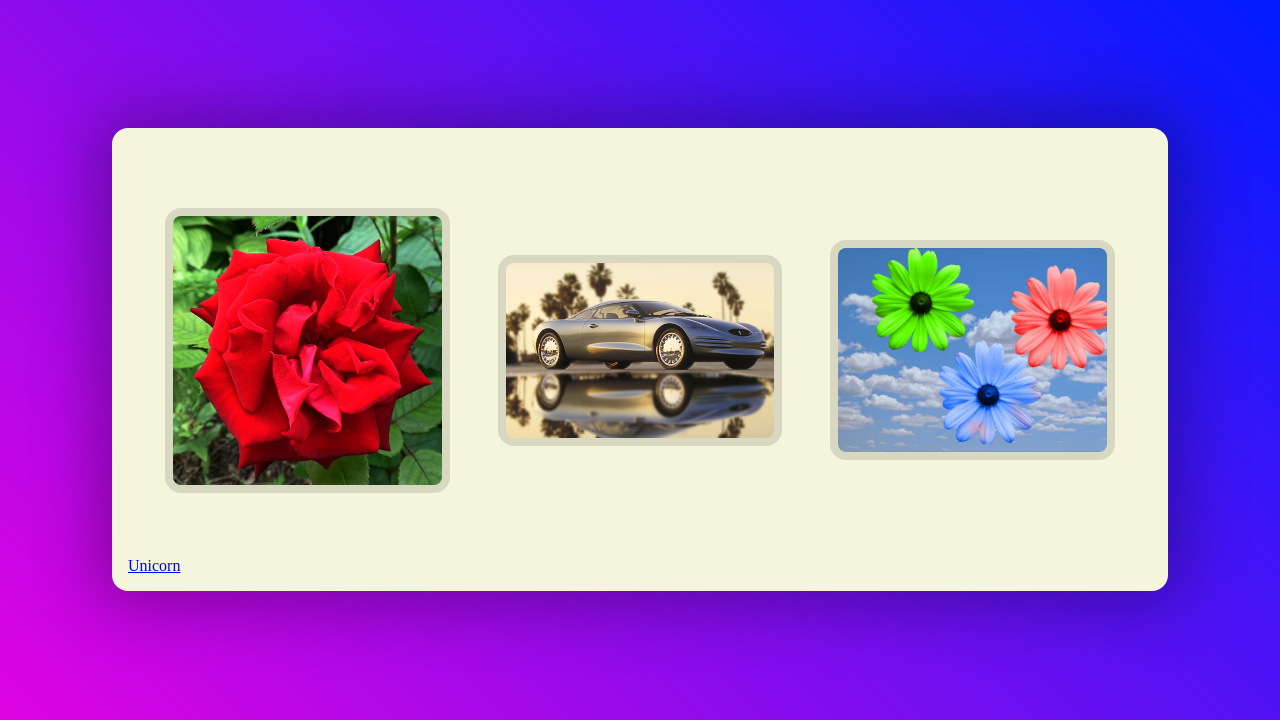
Repository: ViggoSkj/VGY
Page: ovningar/photoshopovning/photoshopovning.html
These files come from the project's save history. The page is drawn as it stood at one moment and after the next save; the edit follows.
The browser window is 1280 px wide. The pictures show the whole page.

Above is the page before, as saved 2022-11-27 12:20:39.

After the next save:
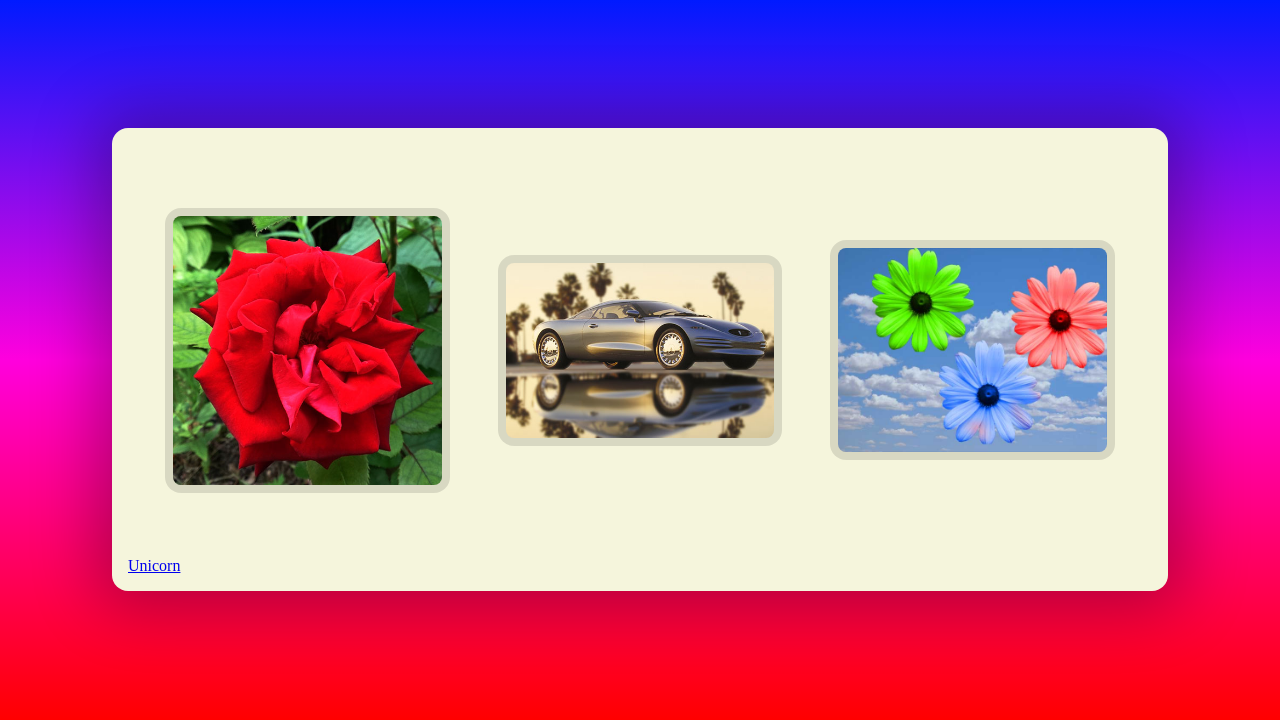
Saved 23 s later.
--- a/ovningar/photoshopovning/public/css/style.css
+++ b/ovningar/photoshopovning/public/css/style.css
@@ -1,6 +1,6 @@
 body
 {
-    background-image: linear-gradient(45deg, rgb(255, 0, 0) 0%, rgb(255, 0, 221) 50%, rgb(0, 26, 255) 100%);
+    background-image: linear-gradient(0deg, rgb(255, 0, 0) 0%, rgb(255, 0, 221) 50%, rgb(0, 26, 255) 100%);
     background-size: 300% 100%;
     display: flex;
     height: 300%;
